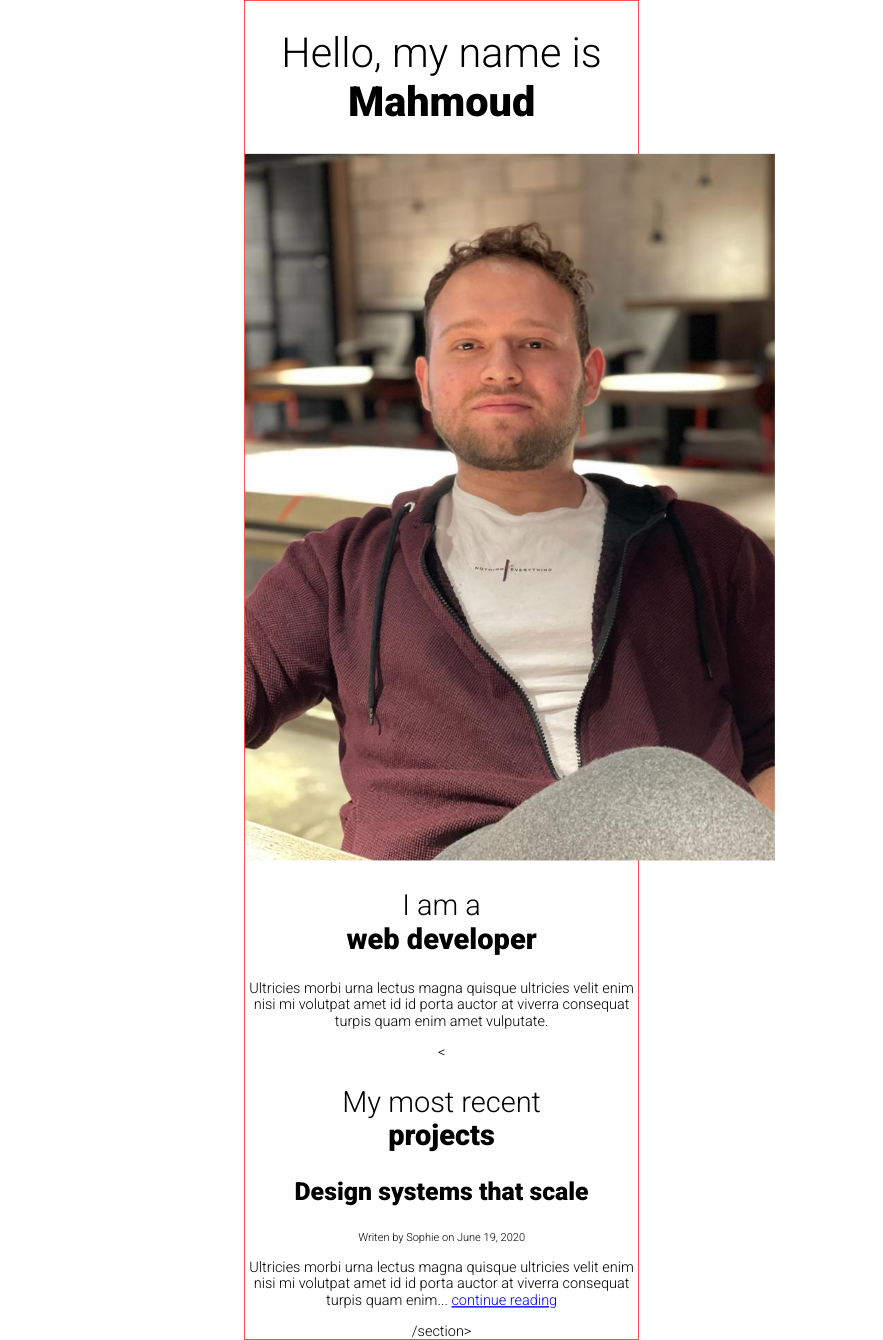
Repository: Doumham-Armah/portfolio
Page: index.html
An editor plug-in stored every save of this project. The page is shown before and after the next save, followed by the edit.
The browser window is 1280 px wide. The pictures show the whole page, at 69% of full size.

Above is the page before, as saved 2021-08-17 12:05:25.

After the next save:
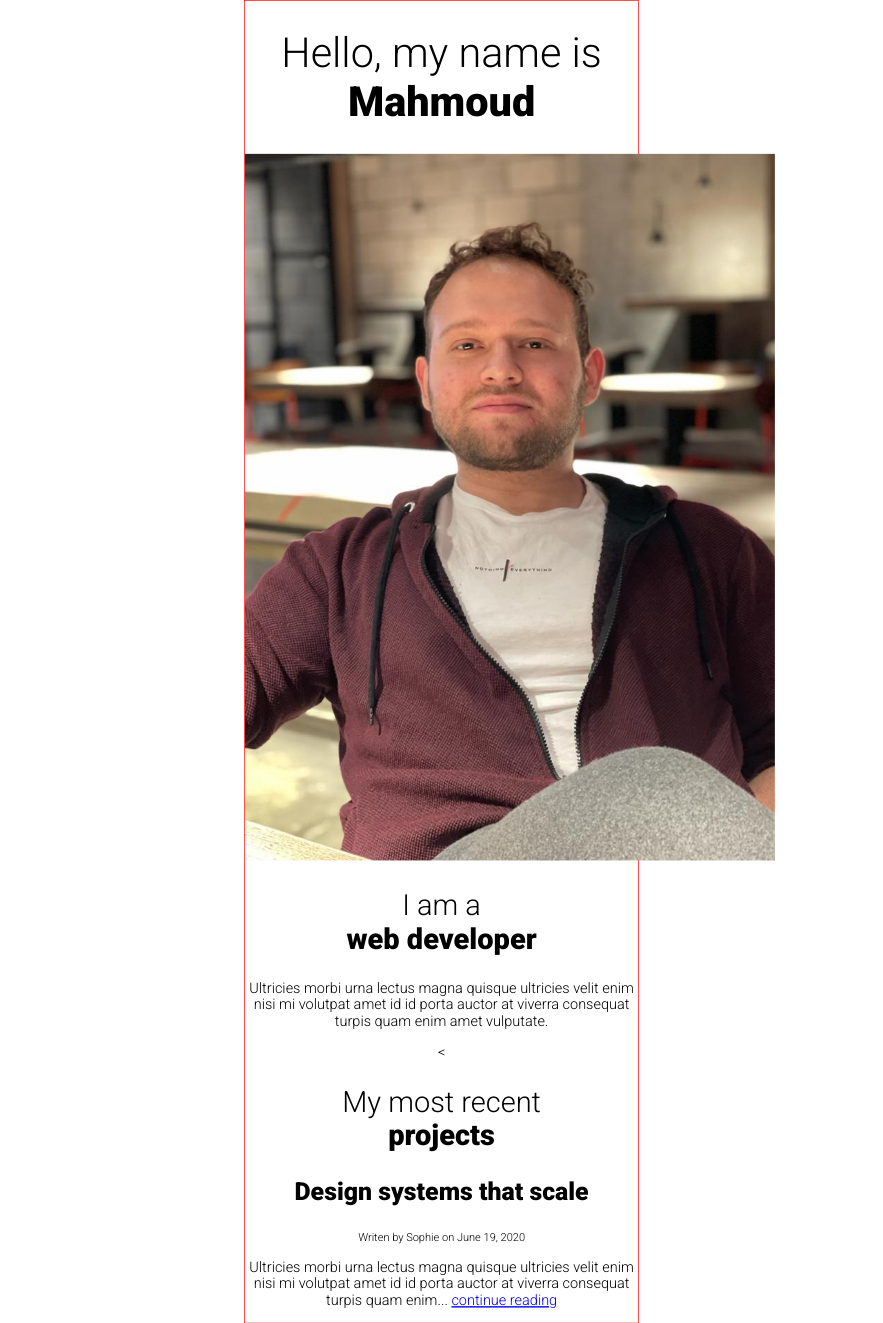
Saved 4 s later.
--- a/index.html
+++ b/index.html
@@ -27,18 +27,19 @@
         </p>
       </section>
 
-      <section><
-      <h2>My most recent <span>projects</span></h2>
-      <article>
-        <h3>Design systems that scale</h3>
-        <p class="small-text">Writen by Sophie on June 19, 2020</p>
-        <p>
-          Ultricies morbi urna lectus magna quisque ultricies velit enim nisi mi
-          volutpat amet id id porta auctor at viverra consequat turpis quam
-          enim... <a href="#">continue reading</a>
-        </p>
-      </article>
-      /section>
+      <section>
+        <
+        <h2>My most recent <span>projects</span></h2>
+        <article>
+          <h3>Design systems that scale</h3>
+          <p class="small-text">Writen by Sophie on June 19, 2020</p>
+          <p>
+            Ultricies morbi urna lectus magna quisque ultricies velit enim nisi
+            mi volutpat amet id id porta auctor at viverra consequat turpis quam
+            enim... <a href="#">continue reading</a>
+          </p>
+        </article>
+      </section>
     </div>
   </body>
 </html>
